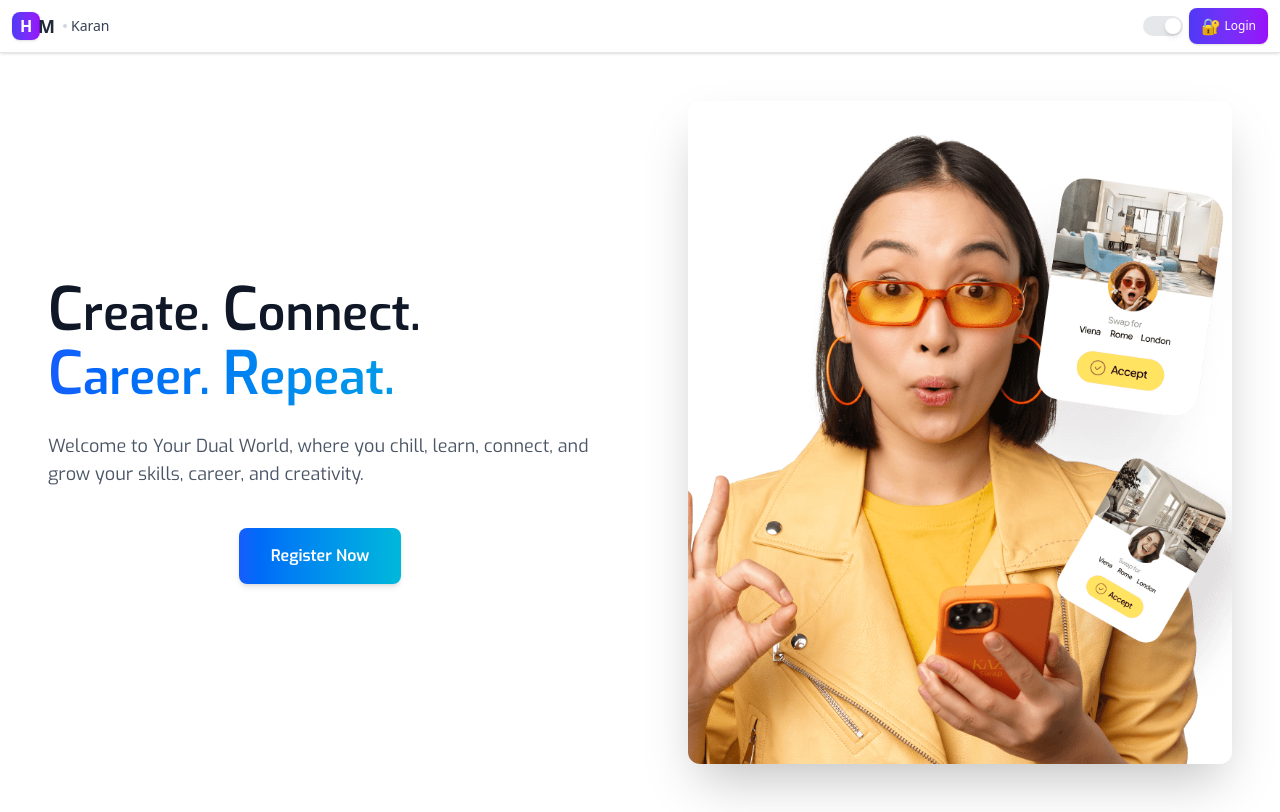
Repository: deepak445566/job
Page: / (app in frontend/)
An editor plug-in stored every save of this project. The page is shown before and after the next save, followed by the edit.
The browser window is 1280 px wide. The pictures show the whole page.
The page's requests for data from a server got no answer. Some web fonts or font styles are not loaded; a fallback is used. The project was rebuilt for these pictures with package versions that can differ from the ones it lists, and the page was loaded fresh each time. Some packages were replaced by stand-ins written for this rebuild. No one was signed in, and anything a server would have sent is missing. Also part of the build but not shown: frontend/vite.config.js, frontend/src/Components/auth/Login.jsx, frontend/src/Components/study/StudyDashboard.jsx, frontend/src/Components/chill/ChillDashboard.jsx.

Above is the page before, as saved 2026-02-26 14:16:35.

### frontend/index.html
<!doctype html>
<html lang="en">
  <head>
    <meta charset="UTF-8" />
    <link rel="icon" type="image/svg+xml" href="/vite.svg" />
    <meta name="viewport" content="width=device-width, initial-scale=1.0" />
    <title>frontend</title>
    <link rel="preconnect" href="https://fonts.googleapis.com">
<link rel="preconnect" href="https://fonts.gstatic.com" crossorigin>
<link href="https://fonts.googleapis.com/css2?family=Exo:ital,wght@0,100..900;1,100..900&family=Playfair+Display:ital,wght@0,400..900;1,400..900&display=swap" rel="stylesheet">
  </head>
  <body>
    <div id="root"></div>
    <script type="module" src="/src/main.jsx"></script>
  </body>
</html>

### frontend/src/main.jsx
import { StrictMode } from 'react'
import { createRoot } from 'react-dom/client'
import './index.css'
import App from './App.jsx'
import {BrowserRouter} from 'react-router-dom'
import { AppContextProvider } from './context/AppContextProvider.jsx'




createRoot(document.getElementById('root')).render(
  <BrowserRouter>
  <AppContextProvider>
  <StrictMode>
    <App />
  </StrictMode>
  </AppContextProvider>
  </BrowserRouter>
)

### frontend/src/index.css
@import "tailwindcss";
.exo{
  font-family: "Exo", sans-serif;

  font-style: normal;
}

### frontend/src/App.jsx
import React from "react";
import Login from "./Components/auth/Login";
import { Route, Routes } from "react-router-dom";
import Dashboard from "./Components/Dashboard";
import { useAppContext } from "./context/AppContextProvider";
import Navbar from "./Components/common/Navbar";

function App() {
  const { showLogin } = useAppContext(); // user bhi lein context se

  return (
    <div>
      {/* Navbar hamesha dikhega */}
      <Navbar />

      {/* Login modal - tabhi dikhega jab showLogin true ho */}
      {showLogin && <Login />}

      <Routes>
        <Route path="/" element={<Dashboard />} />
      </Routes>
    </div>
  );
}

export default App;

### frontend/src/Components/common/Navbar.jsx
import React, { useState } from "react";
import { useAppContext } from "../../context/AppContextProvider";
import toast from "react-hot-toast";

function Navbar() {
  const { user, setUser, axios, setShowLogin, navigate, mode, toggleMode } =
    useAppContext();
  const [loggingOut, setLoggingOut] = useState(false);
  const [togglingMode, setTogglingMode] = useState(false);

  const handleLogout = async () => {
    try {
      setLoggingOut(true);
      const { data } = await axios.post("/api/auth/logout");
      if (data.success) {
        setUser(null);
        setShowLogin(true);
        toast.success("Logged out successfully");
        navigate("/");
      } else {
        toast.error(data.message || "Logout failed");
      }
    } catch (error) {
      toast.error(error.response?.data?.message || "Error logging out");
    } finally {
      setLoggingOut(false);
    }
  };

  const handleToggleMode = async () => {
    try {
      setTogglingMode(true);
      await toggleMode();
    } catch (error) {
      console.error("Error toggling mode:", error);
    } finally {
      setTogglingMode(false);
    }
  };

  return (
    <nav className="bg-white px-3 py-2 shadow-sm border-b border-gray-200 sticky top-0 z-50">
      <div className="flex justify-between items-center">
        {/* Left Side - Logo and Username */}
        <div className="flex items-center gap-2">
          {/* HM Logo */}
          <div
            className="flex items-center gap-0 cursor-pointer"
            onClick={() => navigate("/")}
          >
            <div className="w-7 h-7 bg-gradient-to-r from-indigo-600 to-purple-600 rounded-lg flex items-center justify-center shadow-sm">
              <span className="text-white font-bold text-base">H</span>
            </div>
            <span className="text-gray-800 font-bold text-lg -ml-0.5">M</span>
          </div>

          {/* Username - Always show Karan */}
          <div className="flex items-center gap-1">
            <div className="w-1 h-1 bg-gray-300 rounded-full"></div>
            <span className="text-gray-700 font-medium text-sm">
              Karan
            </span>
          </div>
        </div>

        {/* Right Side - Mode Toggle and Auth */}
        <div className="flex items-center gap-1.5">
          {/* Mode Toggle - Simplified */}
          <button
            onClick={handleToggleMode}
            disabled={togglingMode || !user}
            className={`relative w-10 h-5 rounded-full transition-colors duration-300 ${
              user
                ? mode === 'study'
                  ? 'bg-indigo-500'
                  : 'bg-emerald-500'
                : 'bg-gray-200 cursor-not-allowed'
            }`}
            title={!user ? "Login to switch mode" : `Switch to ${mode === 'study' ? 'Chill' : 'Study'}`}
          >
            <span
              className={`absolute top-0.5 left-0.5 w-4 h-4 bg-white rounded-full shadow-md transform transition-transform duration-300 ${
                mode === 'chill' ? 'translate-x-5' : ''
              }`}
            />
          </button>

          {/* Auth Buttons */}
          {user ? (
            <button
              onClick={handleLogout}
              disabled={loggingOut}
              className="relative"
            >
              <div className="relative bg-white border border-gray-200 hover:bg-gray-50 rounded-lg px-3 py-1.5 shadow-sm transition-all flex items-center gap-1">
                <span className="text-red-500 text-base">🚪</span>
                <span className="text-gray-700 text-sm font-medium">
                  {loggingOut ? "..." : "Exit"}
                </span>
                {loggingOut && (
                  <span className="w-3 h-3 border-2 border-red-500 border-t-transparent rounded-full animate-spin" />
                )}
              </div>
            </button>
          ) : (
            <button
              onClick={() => setShowLogin(true)}
              className="relative"
            >
              <div className="relative bg-gradient-to-r from-indigo-600 to-purple-600 hover:from-indigo-700 hover:to-purple-700 rounded-lg px-3 py-1.5 shadow-sm transition-all flex items-center gap-1">
                <span className="text-white text-base">🔐</span>
                <span className="text-white text-xs font-medium">Login</span>
              </div>
            </button>
          )}
        </div>
      </div>
    </nav>
  );
}

export default Navbar;

Loaded but not shown: frontend/src/context/AppContext.jsx (common file); frontend/src/Components/Dashboard.jsx (76 lines, source omitted); frontend/src/context/AppContextProvider.jsx (88 lines, source omitted)

After the next save:
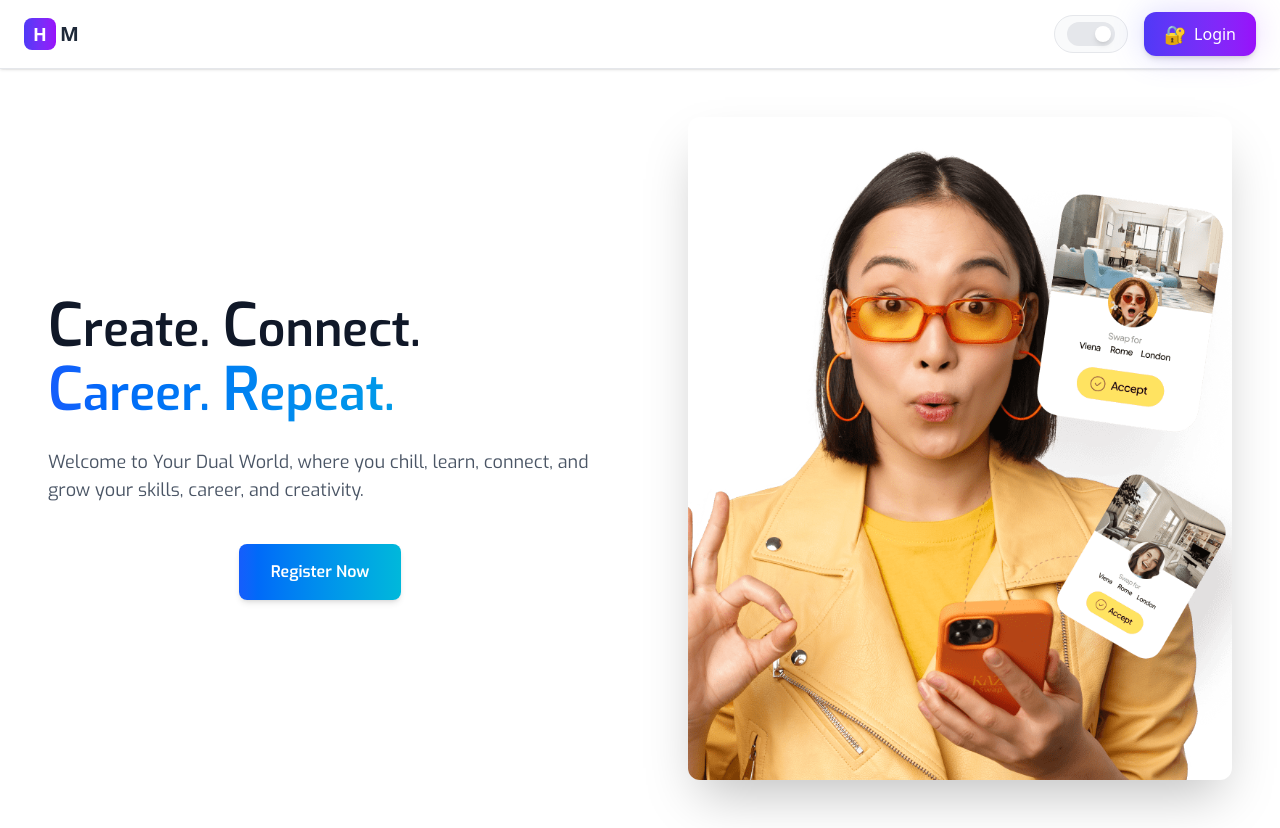
Saved 4 s later.
--- a/frontend/src/Components/common/Navbar.jsx
+++ b/frontend/src/Components/common/Navbar.jsx
@@ -39,77 +39,85 @@
   };
 
   return (
-    <nav className="bg-white px-3 py-2 shadow-sm border-b border-gray-200 sticky top-0 z-50">
-      <div className="flex justify-between items-center">
+    <nav className="bg-white px-6 py-3 shadow-sm border-b border-gray-200 sticky top-0 z-50">
+      <div className="max-w-7xl mx-auto flex justify-between items-center">
         {/* Left Side - Logo and Username */}
-        <div className="flex items-center gap-2">
+        <div className="flex items-center gap-6">
           {/* HM Logo */}
           <div
-            className="flex items-center gap-0 cursor-pointer"
+            className="flex items-center gap-1 cursor-pointer"
             onClick={() => navigate("/")}
           >
-            <div className="w-7 h-7 bg-gradient-to-r from-indigo-600 to-purple-600 rounded-lg flex items-center justify-center shadow-sm">
-              <span className="text-white font-bold text-base">H</span>
+            <div className="w-8 h-8 bg-gradient-to-r from-indigo-600 to-purple-600 rounded-lg flex items-center justify-center">
+              <span className="text-white font-bold text-lg">H</span>
             </div>
-            <span className="text-gray-800 font-bold text-lg -ml-0.5">M</span>
+            <span className="text-gray-800 font-bold text-xl">M</span>
           </div>
 
-          {/* Username - Always show Karan */}
-          <div className="flex items-center gap-1">
-            <div className="w-1 h-1 bg-gray-300 rounded-full"></div>
-            <span className="text-gray-700 font-medium text-sm">
-              Karan
-            </span>
-          </div>
+          {/* Username - Only show when logged in */}
+          {user && (
+            <div className="flex items-center gap-2">
+              <div className="w-1 h-1 bg-gray-300 rounded-full"></div>
+              <span className="text-gray-700 font-medium">
+                {user.username || user.email?.split('@')[0] || 'Karan'}
+              </span>
+            </div>
+          )}
         </div>
 
         {/* Right Side - Mode Toggle and Auth */}
-        <div className="flex items-center gap-1.5">
-          {/* Mode Toggle - Simplified */}
-          <button
-            onClick={handleToggleMode}
-            disabled={togglingMode || !user}
-            className={`relative w-10 h-5 rounded-full transition-colors duration-300 ${
-              user
-                ? mode === 'study'
-                  ? 'bg-indigo-500'
-                  : 'bg-emerald-500'
-                : 'bg-gray-200 cursor-not-allowed'
-            }`}
-            title={!user ? "Login to switch mode" : `Switch to ${mode === 'study' ? 'Chill' : 'Study'}`}
-          >
-            <span
-              className={`absolute top-0.5 left-0.5 w-4 h-4 bg-white rounded-full shadow-md transform transition-transform duration-300 ${
-                mode === 'chill' ? 'translate-x-5' : ''
+        <div className="flex items-center gap-4">
+          {/* Premium Mode Toggle */}
+          <div className="flex items-center gap-3 px-3 py-1.5 bg-gray-50 rounded-full border border-gray-200">
+
+            <button
+              onClick={handleToggleMode}
+              disabled={togglingMode || !user}
+              className={`relative w-12 h-6 rounded-full transition-colors duration-300 ${
+                user
+                  ? mode === 'study'
+                    ? 'bg-indigo-500'
+                    : 'bg-emerald-500'
+                  : 'bg-gray-200 cursor-not-allowed'
               }`}
-            />
-          </button>
+              title={!user ? "Login to switch mode" : `Switch to ${mode === 'study' ? 'Chill' : 'Study'}`}
+            >
+              <span
+                className={`absolute top-1 left-1 w-4 h-4 bg-white rounded-full shadow-md transform transition-transform duration-300 ${
+                  mode === 'chill' ? 'translate-x-6' : ''
+                }`}
+              />
+            </button>
+
+          </div>
 
           {/* Auth Buttons */}
           {user ? (
             <button
               onClick={handleLogout}
               disabled={loggingOut}
-              className="relative"
+              className="group relative"
             >
-              <div className="relative bg-white border border-gray-200 hover:bg-gray-50 rounded-lg px-3 py-1.5 shadow-sm transition-all flex items-center gap-1">
-                <span className="text-red-500 text-base">🚪</span>
-                <span className="text-gray-700 text-sm font-medium">
-                  {loggingOut ? "..." : "Exit"}
+              <div className="absolute inset-0 bg-gradient-to-r from-red-400 to-pink-400 rounded-xl blur-lg opacity-30 group-hover:opacity-50 transition-opacity"></div>
+              <div className="relative bg-white border border-gray-200 hover:bg-gray-50 rounded-xl px-5 py-2 shadow-sm transition-all flex items-center gap-2">
+                <span className="text-red-500 text-lg">🚪</span>
+                <span className="text-gray-700 font-medium">
+                  {loggingOut ? "Logging out..." : "Logout"}
                 </span>
                 {loggingOut && (
-                  <span className="w-3 h-3 border-2 border-red-500 border-t-transparent rounded-full animate-spin" />
+                  <span className="w-4 h-4 border-2 border-red-500 border-t-transparent rounded-full animate-spin" />
                 )}
               </div>
             </button>
           ) : (
             <button
               onClick={() => setShowLogin(true)}
-              className="relative"
+              className="group relative"
             >
-              <div className="relative bg-gradient-to-r from-indigo-600 to-purple-600 hover:from-indigo-700 hover:to-purple-700 rounded-lg px-3 py-1.5 shadow-sm transition-all flex items-center gap-1">
-                <span className="text-white text-base">🔐</span>
-                <span className="text-white text-xs font-medium">Login</span>
+              <div className="absolute inset-0 bg-gradient-to-r from-indigo-400 to-purple-400 rounded-xl blur-lg opacity-30 group-hover:opacity-50 transition-opacity"></div>
+              <div className="relative bg-gradient-to-r from-indigo-600 to-purple-600 hover:from-indigo-700 hover:to-purple-700 rounded-xl px-5 py-2 shadow-md transition-all flex items-center gap-2">
+                <span className="text-white text-lg">🔐</span>
+                <span className="text-white font-medium">Login</span>
               </div>
             </button>
           )}

After the save that followed:
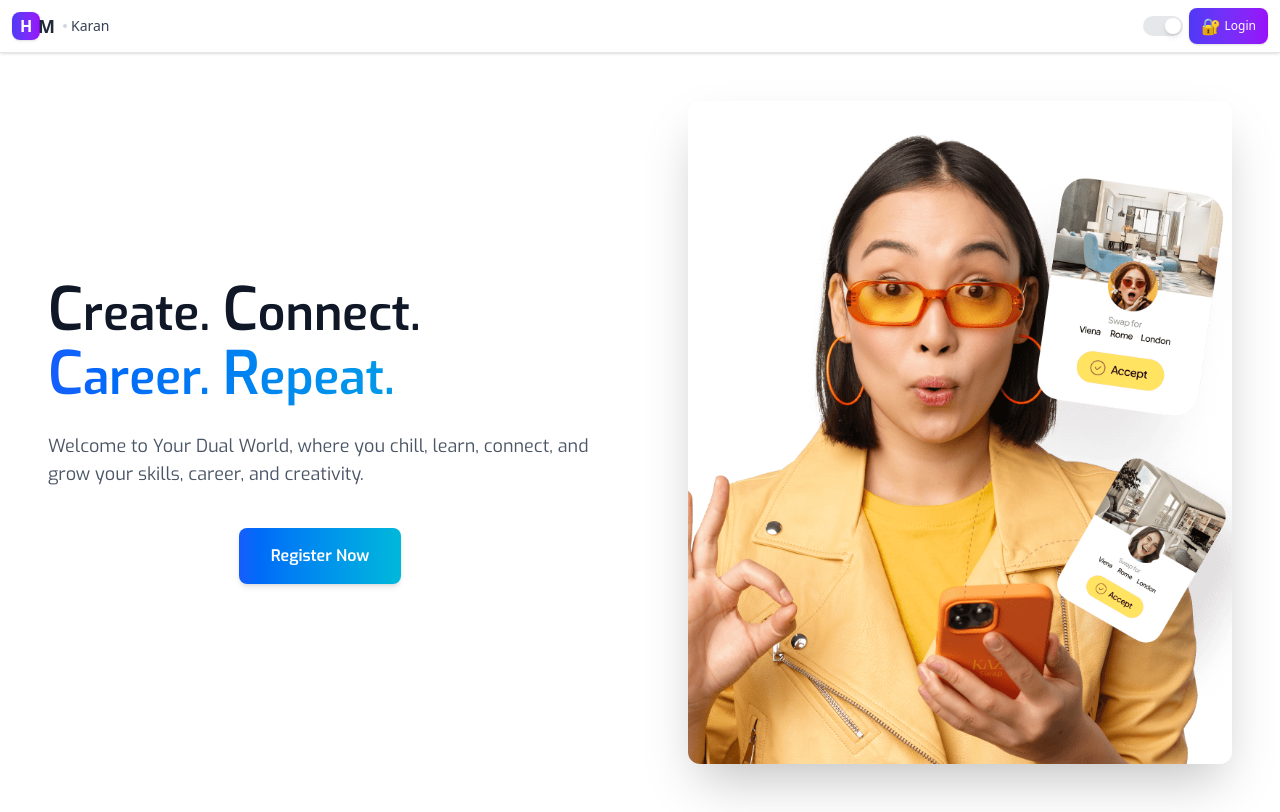
Saved 4 s later.
--- a/frontend/src/Components/common/Navbar.jsx
+++ b/frontend/src/Components/common/Navbar.jsx
@@ -39,85 +39,77 @@
   };
 
   return (
-    <nav className="bg-white px-6 py-3 shadow-sm border-b border-gray-200 sticky top-0 z-50">
-      <div className="max-w-7xl mx-auto flex justify-between items-center">
+    <nav className="bg-white px-3 py-2 shadow-sm border-b border-gray-200 sticky top-0 z-50">
+      <div className="flex justify-between items-center">
         {/* Left Side - Logo and Username */}
-        <div className="flex items-center gap-6">
+        <div className="flex items-center gap-2">
           {/* HM Logo */}
           <div
-            className="flex items-center gap-1 cursor-pointer"
+            className="flex items-center gap-0 cursor-pointer"
             onClick={() => navigate("/")}
           >
-            <div className="w-8 h-8 bg-gradient-to-r from-indigo-600 to-purple-600 rounded-lg flex items-center justify-center">
-              <span className="text-white font-bold text-lg">H</span>
+            <div className="w-7 h-7 bg-gradient-to-r from-indigo-600 to-purple-600 rounded-lg flex items-center justify-center shadow-sm">
+              <span className="text-white font-bold text-base">H</span>
             </div>
-            <span className="text-gray-800 font-bold text-xl">M</span>
+            <span className="text-gray-800 font-bold text-lg -ml-0.5">M</span>
           </div>
 
-          {/* Username - Only show when logged in */}
-          {user && (
-            <div className="flex items-center gap-2">
-              <div className="w-1 h-1 bg-gray-300 rounded-full"></div>
-              <span className="text-gray-700 font-medium">
-                {user.username || user.email?.split('@')[0] || 'Karan'}
-              </span>
-            </div>
-          )}
+          {/* Username - Always show Karan */}
+          <div className="flex items-center gap-1">
+            <div className="w-1 h-1 bg-gray-300 rounded-full"></div>
+            <span className="text-gray-700 font-medium text-sm">
+              Karan
+            </span>
+          </div>
         </div>
 
         {/* Right Side - Mode Toggle and Auth */}
-        <div className="flex items-center gap-4">
-          {/* Premium Mode Toggle */}
-          <div className="flex items-center gap-3 px-3 py-1.5 bg-gray-50 rounded-full border border-gray-200">
-
-            <button
-              onClick={handleToggleMode}
-              disabled={togglingMode || !user}
-              className={`relative w-12 h-6 rounded-full transition-colors duration-300 ${
-                user
-                  ? mode === 'study'
-                    ? 'bg-indigo-500'
-                    : 'bg-emerald-500'
-                  : 'bg-gray-200 cursor-not-allowed'
+        <div className="flex items-center gap-1.5">
+          {/* Mode Toggle - Simplified */}
+          <button
+            onClick={handleToggleMode}
+            disabled={togglingMode || !user}
+            className={`relative w-10 h-5 rounded-full transition-colors duration-300 ${
+              user
+                ? mode === 'study'
+                  ? 'bg-indigo-500'
+                  : 'bg-emerald-500'
+                : 'bg-gray-200 cursor-not-allowed'
+            }`}
+            title={!user ? "Login to switch mode" : `Switch to ${mode === 'study' ? 'Chill' : 'Study'}`}
+          >
+            <span
+              className={`absolute top-0.5 left-0.5 w-4 h-4 bg-white rounded-full shadow-md transform transition-transform duration-300 ${
+                mode === 'chill' ? 'translate-x-5' : ''
               }`}
-              title={!user ? "Login to switch mode" : `Switch to ${mode === 'study' ? 'Chill' : 'Study'}`}
-            >
-              <span
-                className={`absolute top-1 left-1 w-4 h-4 bg-white rounded-full shadow-md transform transition-transform duration-300 ${
-                  mode === 'chill' ? 'translate-x-6' : ''
-                }`}
-              />
-            </button>
-
-          </div>
+            />
+          </button>
 
           {/* Auth Buttons */}
           {user ? (
             <button
               onClick={handleLogout}
               disabled={loggingOut}
-              className="group relative"
+              className="relative"
             >
-              <div className="absolute inset-0 bg-gradient-to-r from-red-400 to-pink-400 rounded-xl blur-lg opacity-30 group-hover:opacity-50 transition-opacity"></div>
-              <div className="relative bg-white border border-gray-200 hover:bg-gray-50 rounded-xl px-5 py-2 shadow-sm transition-all flex items-center gap-2">
-                <span className="text-red-500 text-lg">🚪</span>
-                <span className="text-gray-700 font-medium">
-                  {loggingOut ? "Logging out..." : "Logout"}
+              <div className="relative bg-white border border-gray-200 hover:bg-gray-50 rounded-lg px-3 py-1.5 shadow-sm transition-all flex items-center gap-1">
+                <span className="text-red-500 text-base">🚪</span>
+                <span className="text-gray-700 text-sm font-medium">
+                  {loggingOut ? "..." : "Exit"}
                 </span>
                 {loggingOut && (
-                  <span className="w-4 h-4 border-2 border-red-500 border-t-transparent rounded-full animate-spin" />
+                  <span className="w-3 h-3 border-2 border-red-500 border-t-transparent rounded-full animate-spin" />
                 )}
               </div>
             </button>
           ) : (
             <button
               onClick={() => setShowLogin(true)}
-              className="group relative"
+              className="relative"
             >
-              <div className="absolute inset-0 bg-gradient-to-r from-indigo-400 to-purple-400 rounded-xl blur-lg opacity-30 group-hover:opacity-50 transition-opacity"></div>
-              <div className="relative bg-gradient-to-r from-indigo-600 to-purple-600 hover:from-indigo-700 hover:to-purple-700 rounded-xl px-5 py-2 shadow-md transition-all flex items-center gap-2">
-                <span className="text-white text-lg">🔐</span>
-                <span className="text-white font-medium">Login</span>
+              <div className="relative bg-gradient-to-r from-indigo-600 to-purple-600 hover:from-indigo-700 hover:to-purple-700 rounded-lg px-3 py-1.5 shadow-sm transition-all flex items-center gap-1">
+                <span className="text-white text-base">🔐</span>
+                <span className="text-white text-xs font-medium">Login</span>
               </div>
             </button>
           )}
